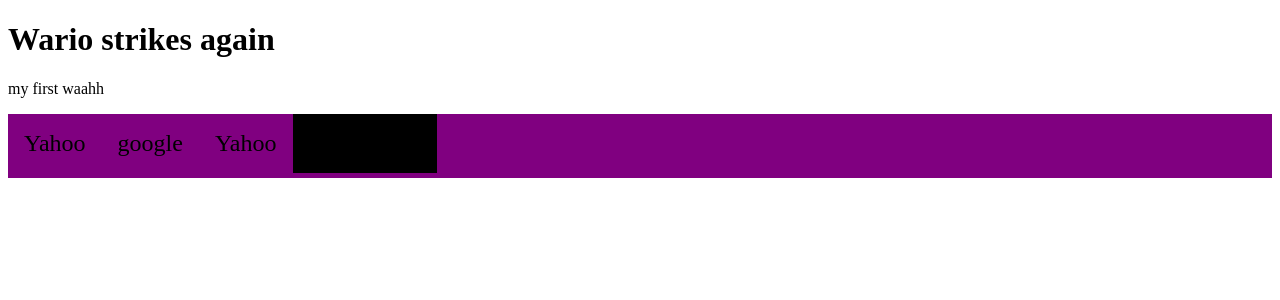
Repository: Dankusmemius/Dankusmemius.github.io
Page: index.html
The author's editor kept a record of every edit. The page is drawn from the files as they stood at one moment, then again after the next edit.
The browser window is 1280 px wide. The pictures show the whole page.

Above is the page before.

### index.html
<!DOCTYPE html>
<html>
<head>
<style>
    .navbar {
        background-color: purple;
        width: 100%;
        height: 64px;
    }
    .navbar a, .morelinks {
        Color: black;
        font-size: 24px;
        text-decoration: none;
        padding: 16px;
        float: left;
    }
    .navbar a:hover, .morelinks:hover{
        background-color:yellow;
    }
    .morelinks:hover .dropdown-content{
        display:block;
    }
    .dropdown-content{
       position: absolute;
       z-index: 1;
       display:none;
    }

     .dropdown{
         background-color: black;
         color: white;
         float: left;
         text-decoration: none;
         font-size: 24px;
     }

    </style>
<title>Yes</title>
</head>
<body>
<h1>Wario strikes again</h1>
<p>my first waahh</p>
    <div class="navbar">
      <a href="https://www.yahoo.com/">Yahoo</a>
      <a href="https://www.google.com/">google</a>
      <a href="https://www.yahoo.com/">Yahoo</a>
      <div class="dropdown">
        <div class="morelinks">More Links</div>
        <div class="dropdown-content">
          <a href="https://www.awseducate.com">AWS Educate</a>
          <a href="https://www.collegeboard.org">College Board</a>
        </div>
      </div>
</div>



</body>
</html>

After the next edit:
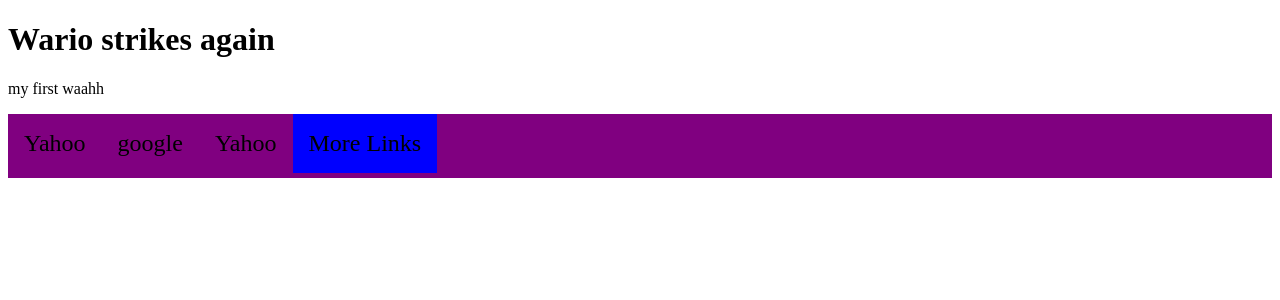
The edit:
--- a/index.html
+++ b/index.html
@@ -27,7 +27,7 @@
     }
 
      .dropdown{
-         background-color: black;
+         background-color: blue;
          color: white;
          float: left;
          text-decoration: none;
